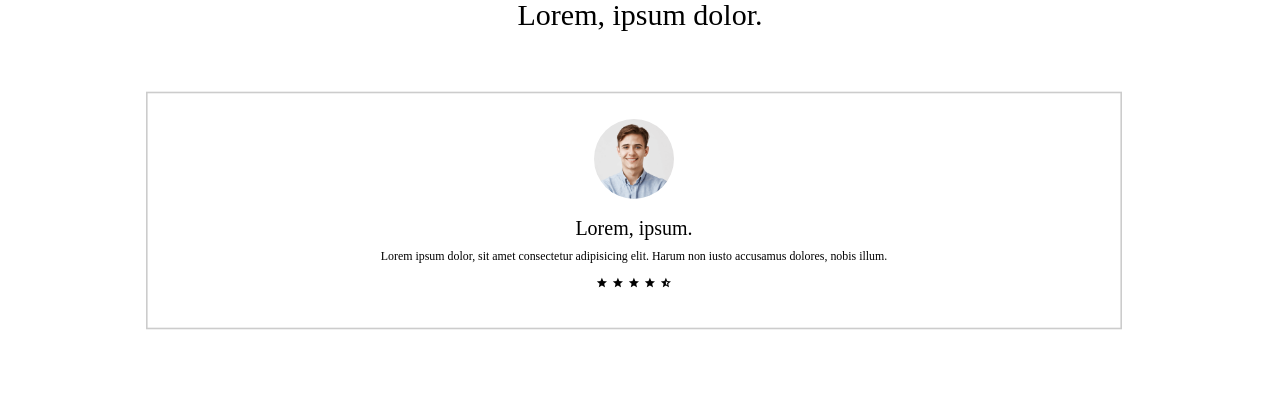
Repository: dinhhaidh/slider-3
Page: index.html
The author's editor kept a copy of each file at every save. The page is drawn from the files as they stood at one save, then again after the next save.
The browser window is 1280 px wide. The pictures show the whole page.

Above is the page before, as saved 2024-03-22 21:57:36.

After the next save:
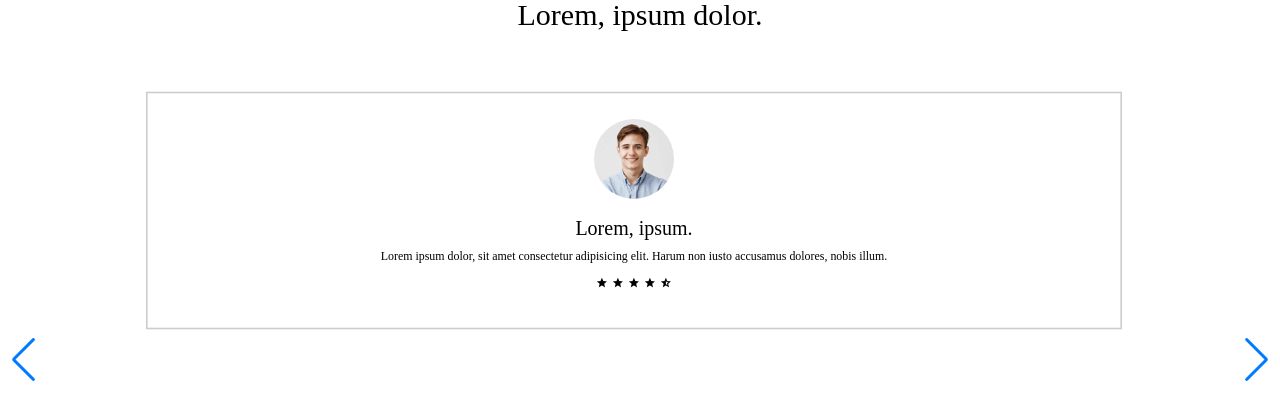
Saved 9 s later.
--- a/index.html
+++ b/index.html
@@ -73,6 +73,9 @@
                 </div>
             </div>
 
+              <!-- If we need navigation buttons -->
+  <div class="swiper-button-prev"></div>
+  <div class="swiper-button-next"></div>
         </div>
     </div>
 
